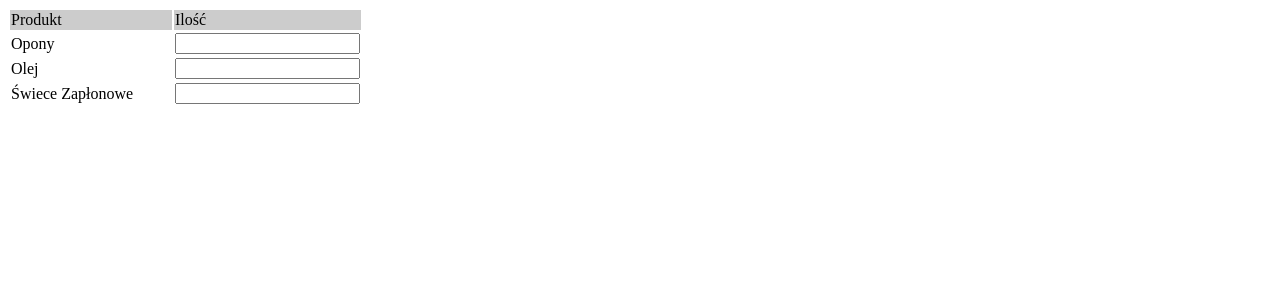
Repository: gabr/workspace
Page: php 001 - formularz/formularz.html
An editor plug-in stored every save of this project. The page is shown before and after the next save, followed by the edit.
The browser window is 1280 px wide. The pictures show the whole page.

Above is the page before, as saved 2013-02-22 21:16:09.

After the next save:
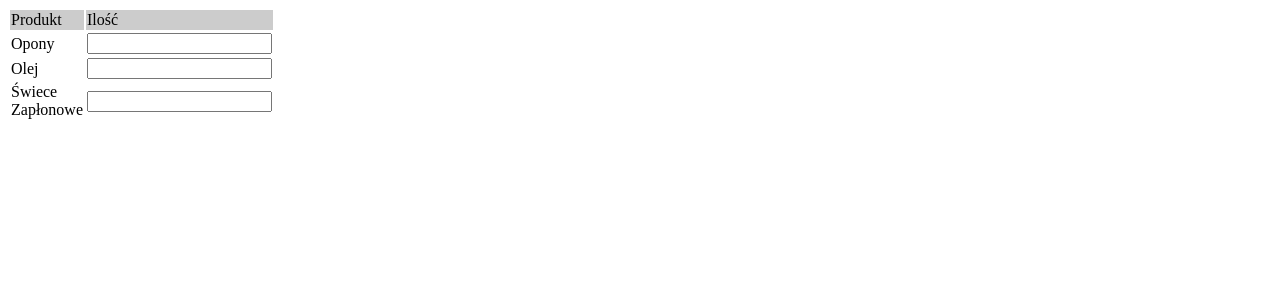
Saved 5 s later.
--- a/php 001 - formularz/style.css
+++ b/php 001 - formularz/style.css
@@ -12,6 +12,6 @@
 	width: 10em;
 }
 
-tr > td:nth-child(2) {
+tr > td:nth-child(1) {
 	width: 2em;
 }

After the save that followed:
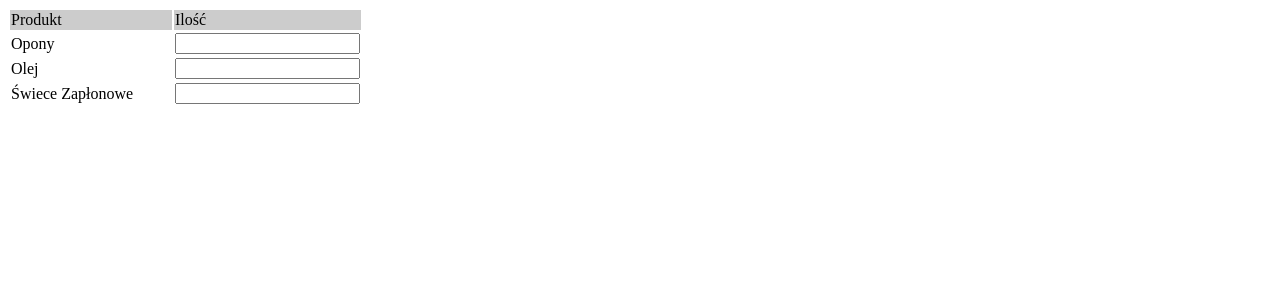
Saved 5 s later.
--- a/php 001 - formularz/style.css
+++ b/php 001 - formularz/style.css
@@ -12,6 +12,6 @@
 	width: 10em;
 }
 
-tr > td:nth-child(1) {
+tr > td:nth-child(2) {
 	width: 2em;
 }
